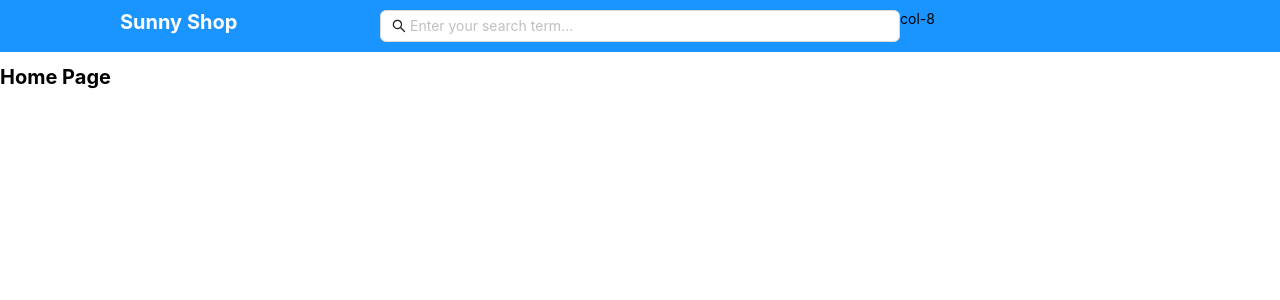
Repository: manhhieu120499/E-Commerce
Page: /
The author's editor kept a copy of each file at every save. The page is drawn from the files as they stood at one save, then again after the next save.
The browser window is 1280 px wide. The pictures show the whole page.
The project was rebuilt for these pictures with package versions that can differ from the ones it lists, and the page was loaded fresh each time. Also part of the build but not shown: src/pages/product/Product.js, src/pages/order/Order.js, src/pages/notFound/NotFound.js, src/layouts/NormalLayout/NormalLayout.js.

Above is the page before, as saved 2024-12-31 18:15:00.

After the next save:
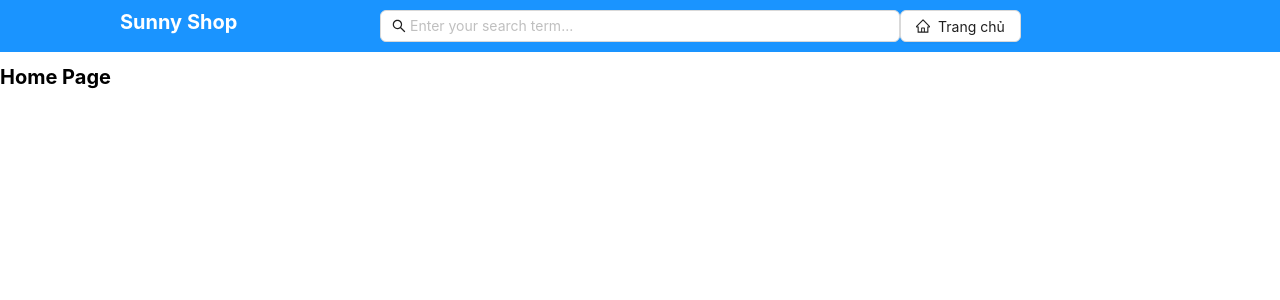
Saved 6 min 13 s later.
--- a/src/components/Header/Header.js
+++ b/src/components/Header/Header.js
@@ -1,6 +1,7 @@
-import { Col, Row } from "antd";
+import { Button, Col, Row } from "antd";
 import { WrapperRow, WrapperSpan } from "./HeaderStyle";
 import Search from "antd/es/transfer/search";
+import { HomeOutlined } from "@ant-design/icons";
 
 export default function Header({ children }) {
   return (
@@ -18,7 +19,12 @@ export default function Header({ children }) {
             }}
           />
         </Col>
-        <Col span={6}>col-8</Col>
+        <Col span={6}>
+          <Button>
+            <HomeOutlined />
+            <span>Trang chủ</span>
+          </Button>
+        </Col>
       </WrapperRow>
     </div>
   );
